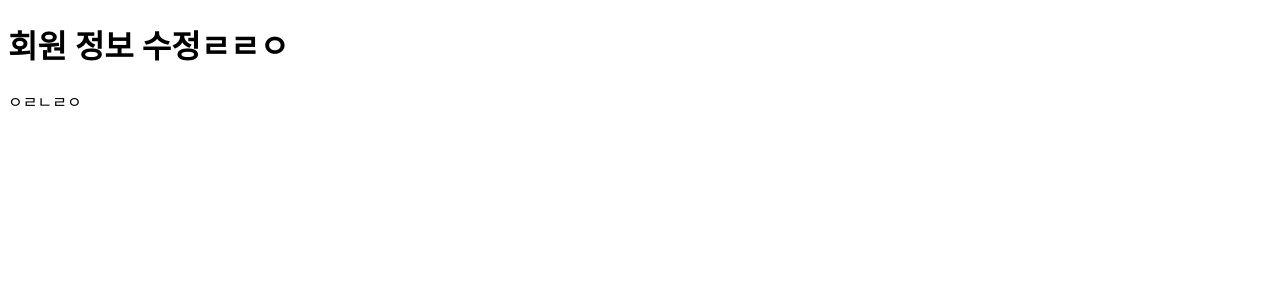
Repository: JaeYoon0935/lcom-servlet-jsp
Page: http://localhost/lcomputerstudy/userEdit.jsp
These files come from the project's save history. The page is drawn as it stood at one moment and after the next save; the edit follows.
The browser window is 1280 px wide. The pictures show the whole page.
The page is served by Tomcat 9. Queries for data that is not in the repository find no rows.

Above is the page before, as saved 2020-09-19 12:35:00.

After the next save:
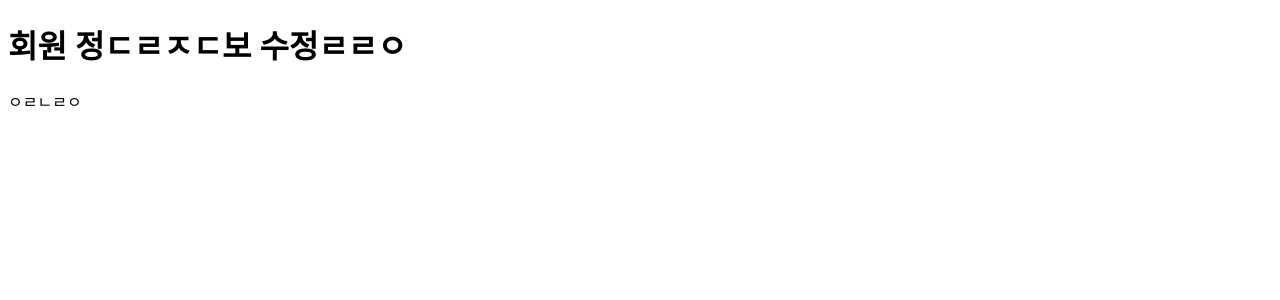
Saved 10 s later.
--- a/lcomputerstudy/WebContent/userEdit.jsp
+++ b/lcomputerstudy/WebContent/userEdit.jsp
@@ -8,7 +8,7 @@
 </head>
 <body>
 <%@ include file="db_connection.jsp" %>
-	<h1>회원 정보 수정ㄹㄹㅇ</h1>
+	<h1>회원 정ㄷㄹㅈㄷ보 수정ㄹㄹㅇ</h1>
 			ㅇㄹㄴㄹㅇ
 	<%
 

After the save that followed:
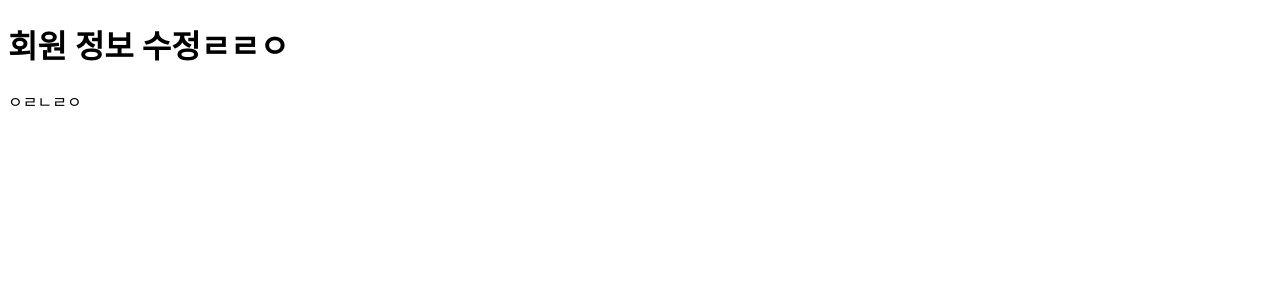
Saved 8 s later.
--- a/lcomputerstudy/WebContent/userEdit.jsp
+++ b/lcomputerstudy/WebContent/userEdit.jsp
@@ -8,7 +8,7 @@
 </head>
 <body>
 <%@ include file="db_connection.jsp" %>
-	<h1>회원 정ㄷㄹㅈㄷ보 수정ㄹㄹㅇ</h1>
+	<h1>회원 정보 수정ㄹㄹㅇ</h1>
 			ㅇㄹㄴㄹㅇ
 	<%
 
